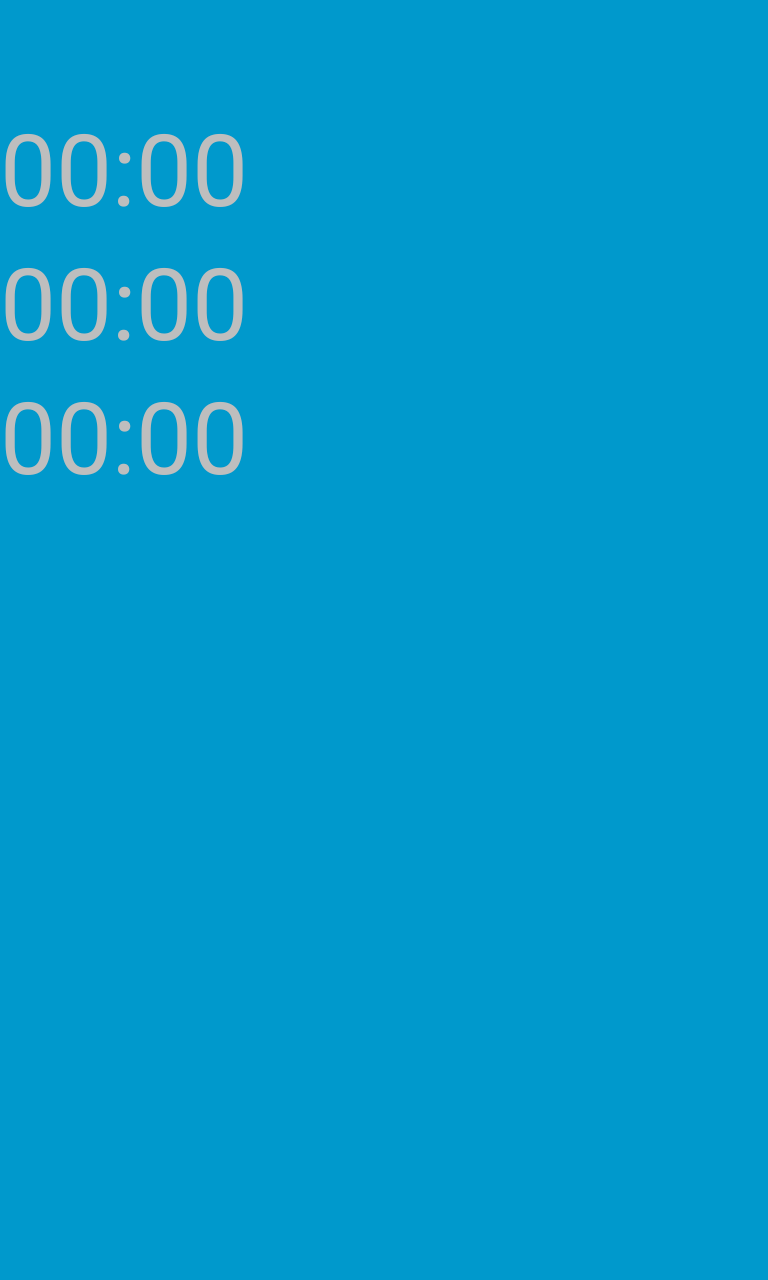
Repository: sebrockm/recuti
Layout: Recuti/res/layout/activity_main.xml
An editor plug-in stored every save of this project. The layout is shown before and after the next save, followed by the edit.
It is drawn on a 768 x 1280 px phone screen (xhdpi) without system bars, with theme FullscreenTheme; the app's code is not run.

Above is the layout before, as saved 2014-06-13 01:07:50.

### Recuti/res/layout/activity_main.xml
<FrameLayout xmlns:android="http://schemas.android.com/apk/res/android"
    xmlns:tools="http://schemas.android.com/tools"
    android:layout_width="match_parent"
    android:layout_height="match_parent"
    android:background="#0099cc"
    tools:context=".MainActivity" >

    <!--
         The primary full-screen view. This can be replaced with whatever view
         is needed to present your content, e.g. VideoView, SurfaceView,
         TextureView, etc.
    -->

    <!--
         This FrameLayout insets its children based on system windows using
         android:fitsSystemWindows.
    -->

    <TableLayout
        android:layout_width="match_parent"
        android:layout_height="458dp"
        android:paddingTop="50dp" >

        <TableRow
            android:id="@+id/tableRow1"
            android:layout_width="wrap_content"
            android:layout_height="wrap_content" >

            <TextView
                android:id="@+id/textView1"
                android:layout_width="wrap_content"
                android:layout_height="wrap_content"
                android:text="00:00"
                android:textSize="50sp" />

        </TableRow>

        <TableRow
            android:id="@+id/tableRow2"
            android:layout_width="wrap_content"
            android:layout_height="wrap_content" >

            <TextView
                android:id="@+id/textView2"
                android:layout_width="wrap_content"
                android:layout_height="wrap_content"
                android:text="00:00"
                android:textSize="50sp" />

        </TableRow>

        <TableRow
            android:id="@+id/tableRow3"
            android:layout_width="wrap_content"
            android:layout_height="wrap_content" >

            <TextView
                android:id="@+id/textView3"
                android:layout_width="wrap_content"
                android:layout_height="wrap_content"
                android:text="00:00"
                android:textSize="50sp" />

        </TableRow>

    </TableLayout>

</FrameLayout>

Loaded but not shown: Recuti/res/values-v11/styles.xml (common file); Recuti/res/values/styles.xml (common file); Recuti/res/values/colors.xml (common file)

After the next save:
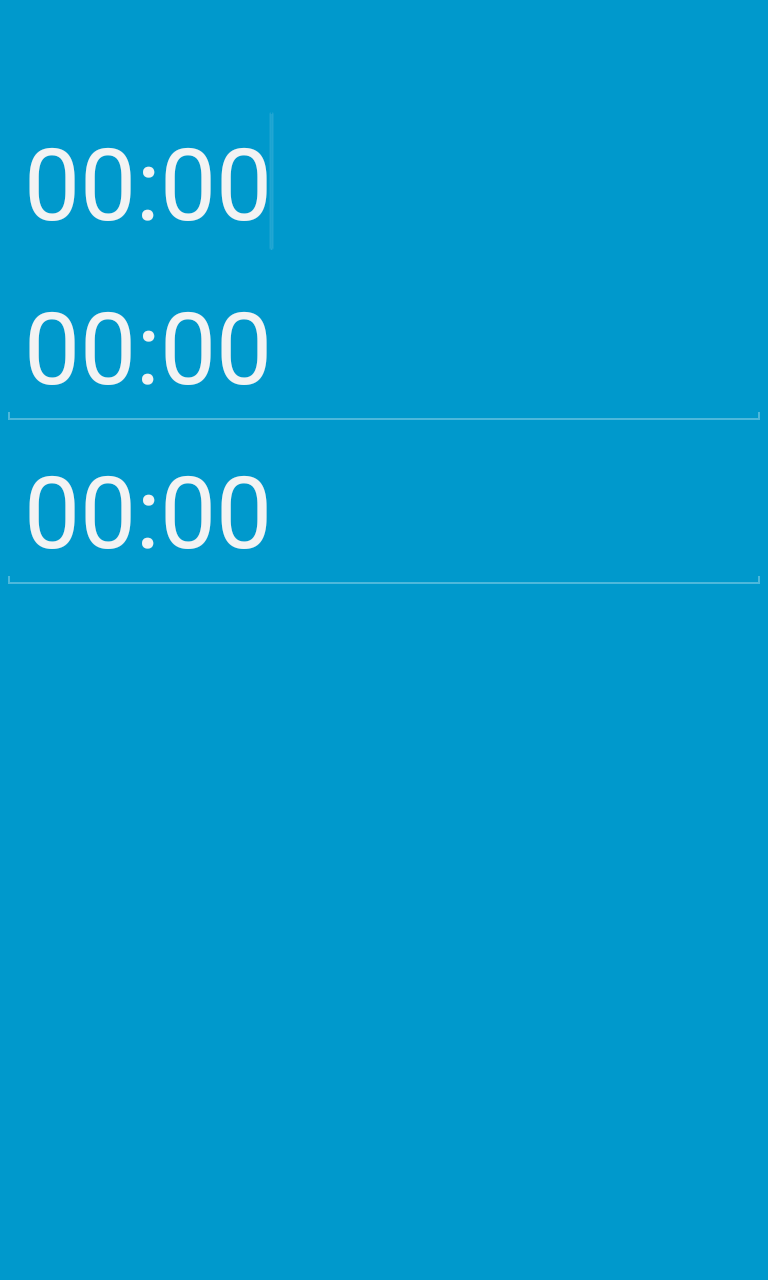
Saved 8 min 28 s later.
--- a/Recuti/res/layout/activity_main.xml
+++ b/Recuti/res/layout/activity_main.xml
@@ -26,12 +26,17 @@
             android:layout_width="wrap_content"
             android:layout_height="wrap_content" >
 
-            <TextView
-                android:id="@+id/textView1"
+            <EditText
+                android:id="@+id/editText1"
                 android:layout_width="wrap_content"
                 android:layout_height="wrap_content"
+                android:ems="10"
+                android:inputType="time"
                 android:text="00:00"
-                android:textSize="50sp" />
+                android:textSize="50sp" >
+
+                <requestFocus />
+            </EditText>
 
         </TableRow>
 
@@ -40,10 +45,12 @@
             android:layout_width="wrap_content"
             android:layout_height="wrap_content" >
 
-            <TextView
-                android:id="@+id/textView2"
+            <EditText
+                android:id="@+id/editText2"
                 android:layout_width="wrap_content"
                 android:layout_height="wrap_content"
+                android:ems="10"
+                android:inputType="time"
                 android:text="00:00"
                 android:textSize="50sp" />
 
@@ -54,15 +61,23 @@
             android:layout_width="wrap_content"
             android:layout_height="wrap_content" >
 
-            <TextView
-                android:id="@+id/textView3"
+            <EditText
+                android:id="@+id/editText3"
                 android:layout_width="wrap_content"
                 android:layout_height="wrap_content"
+                android:ems="10"
+                android:inputType="time"
                 android:text="00:00"
                 android:textSize="50sp" />
 
         </TableRow>
 
+        <TimePicker
+            android:id="@+id/timePicker1"
+            android:layout_width="wrap_content"
+            android:layout_height="wrap_content"
+            android:visibility="invisible" />
+
     </TableLayout>
 
 </FrameLayout>
